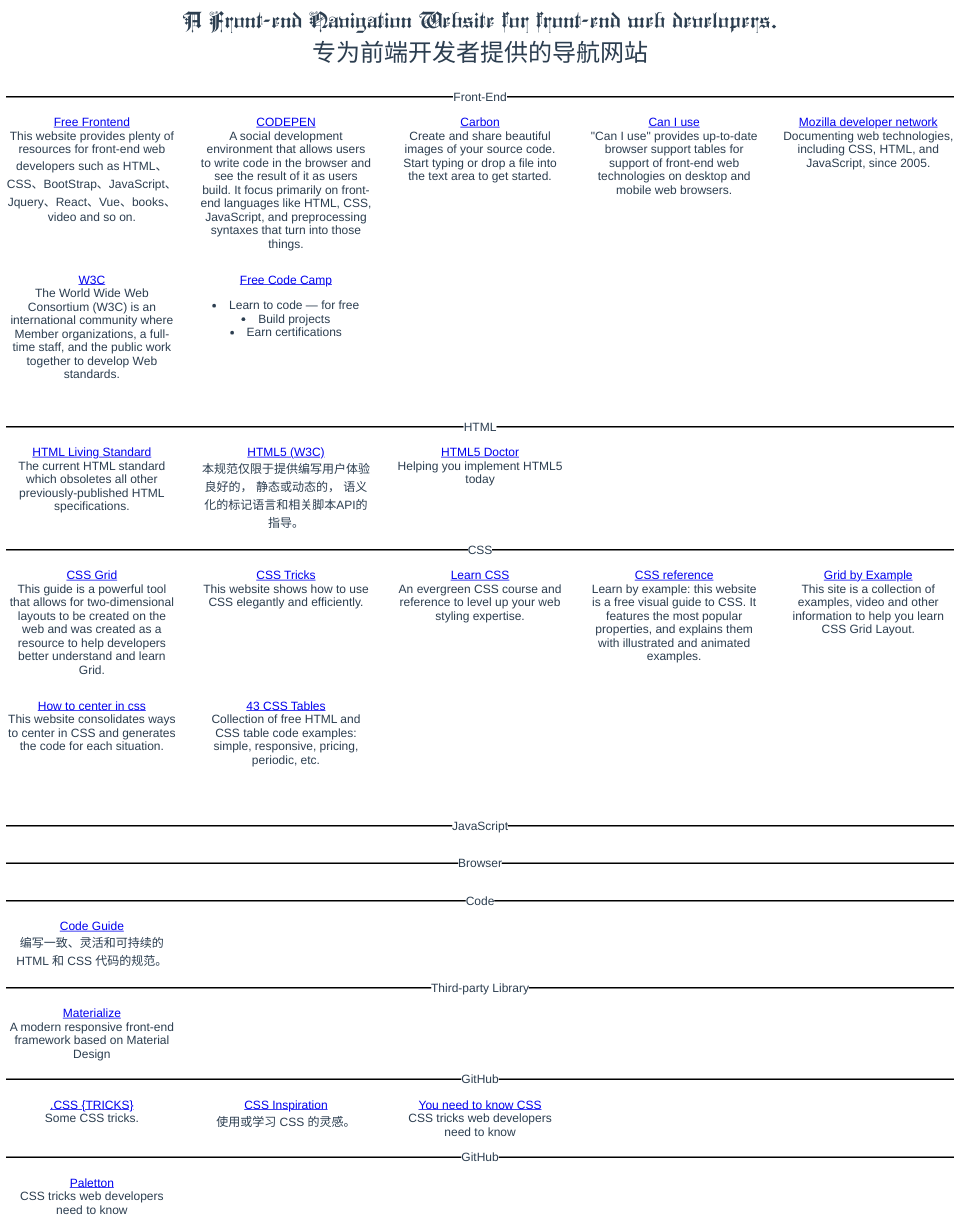
Repository: 321paranoiawhy/fenav.io
Page: /
The author's editor kept a copy of each file at every save. The page is drawn from the files as they stood at one save, then again after the next save.
The browser window is 1280 px wide. The pictures show the whole page, at 75% of full size.
The project was rebuilt for these pictures with package versions that can differ from the ones it lists, and the page was loaded fresh each time. Also part of the build but not shown: vue.config.js.

Above is the page before, as saved 2022-04-06 01:40:08.

### src/views/HomeView.vue
<template>
    <div class="englishTitle">
        A Front-end Navigation Website for front-end web developers.
    </div>
    <div class="chineseTitle">专为前端开发者提供的导航网站</div>
    <!-- Front-End -->
    <p class="divider">Front-End</p>
    <div id="frontend" class="main">
        <div class="card">
            <a class="url" href="https://freefrontend.com/">Free Frontend</a>
            <div class="description">
                This website provides plenty of resources for front-end web
                developers such as
                HTML、CSS、BootStrap、JavaScript、Jquery、React、Vue、books、video
                and so on.
            </div>
        </div>
        <div class="card">
            <a class="url" href="https://codepen.io/trending">CODEPEN</a>
            <div class="description">
                A social development environment that allows users to write code
                in the browser and see the result of it as users build. It focus
                primarily on front-end languages like HTML, CSS, JavaScript, and
                preprocessing syntaxes that turn into those things.
            </div>
        </div>
        <div class="card">
            <a class="url" href="https://carbon.now.sh/">Carbon</a>
            <div class="description">
                Create and share beautiful images of your source code. Start
                typing or drop a file into the text area to get started.
            </div>
        </div>
        <div class="card">
            <a class="url" href="https://caniuse.com/">Can I use</a>
            <div class="description">
                "Can I use" provides up-to-date browser support tables for
                support of front-end web technologies on desktop and mobile web
                browsers.
            </div>
        </div>
        <div class="card">
            <a class="url" href="https://developer.mozilla.org/zh-CN/">Mozilla developer network</a>
            <div class="description">
                Documenting web technologies, including CSS, HTML, and JavaScript, since 2005.
            </div>
        </div>
        <div class="card">
            <a class="url" href="https://www.w3.org/">W3C</a>
            <div class="description">
                The World Wide Web Consortium (W3C) is an international community where Member organizations, a full-time staff, and the public work together to develop Web standards.
            </div>
        </div>
        <div class="card">
            <a class="url" href="https://www.freecodecamp.org/"
                >Free Code Camp</a
            >
            <div class="description">
                <ul>
                    <li>Learn to code — for free</li>
                    <li>Build projects</li>
                    <li>Earn certifications</li>
                </ul>
            </div>
        </div>
    </div>
    <!-- HTML -->
    <p class="divider">HTML</p>
    <div id="HTML" class="main">
        <div class="card">
            <a class="url" href="https://html.spec.whatwg.org/"
                >HTML Living Standard</a
            >
            <div class="description">
                The current HTML standard which obsoletes all other
                previously-published HTML specifications.
            </div>
        </div>
        <div class="card">
            <a class="url" href="https://www.w3.org/html/ig/zh/wiki/HTML5"
                >HTML5 (W3C)</a
            >
            <div class="description">
                本规范仅限于提供编写用户体验良好的， 静态或动态的，
                语义化的标记语言和相关脚本API的指导。
            </div>
        </div>
        <div class="card">
            <a class="url" href="http://html5doctor.com/">HTML5 Doctor</a>
            <div class="description">Helping you implement HTML5 today</div>
        </div>
    </div>
    <!-- CSS -->
    <p class="divider">CSS</p>
    <div id="CSS" class="main">
        <div id="grid" class="card">
            <a class="url" href="https://learncssgrid.com/">CSS Grid</a>
            <div class="description">
                This guide is a powerful tool that allows for two-dimensional
                layouts to be created on the web and was created as a resource
                to help developers better understand and learn Grid.
            </div>
        </div>
        <div id="tricks" class="card">
            <a class="url" href="https://css-tricks.com/">CSS Tricks</a>
            <div class="description">
                This website shows how to use CSS elegantly and efficiently.
            </div>
        </div>
        <div id="learn" class="card">
            <a class="url" href="https://web.dev/learn/css/">Learn CSS</a>
            <div class="description">
                An evergreen CSS course and reference to level up your web
                styling expertise.
            </div>
        </div>
        <div id="reference" class="card">
            <a class="url" href="https://cssreference.io/">CSS reference</a>
            <div class="description">
                Learn by example: this website is a free visual guide to CSS. It
                features the most popular properties, and explains them with
                illustrated and animated examples.
            </div>
        </div>
        <div id="grid" class="card">
            <a class="url" href="https://gridbyexample.com/">Grid by Example</a>
            <div class="description">
                This site is a collection of examples, video and other
                information to help you learn CSS Grid Layout.
            </div>
        </div>
        <div id="center in css" class="card">
            <a class="url" href="http://howtocenterincss.com/"
                >How to center in css</a
            >
            <div class="description">
                This website consolidates ways to center in CSS and generates
                the code for each situation.
            </div>
        </div>
        <div id="table" class="card">
            <a
                class="url"
                href="https://freefrontend.com/css-tables/#pricing-tables"
                >43 CSS Tables</a
            >
            <div class="description">
                Collection of free HTML and CSS table code examples: simple,
                responsive, pricing, periodic, etc.
            </div>
        </div>
    </div>
    <!-- JavaScript -->
    <p class="divider">JavaScript</p>
    <div id="JavaScript" class="main"></div>
    <!-- Browser -->
    <p class="divider">Browser</p>
    <div id="Browser" class="main"></div>
    <!-- Code -->
    <p class="divider">Code</p>
    <div id="Code" class="main">
        <div class="card">
            <a class="url" href="https://codeguide.bootcss.com/">Code Guide</a>
            <div class="description">
                编写一致、灵活和可持续的 HTML 和 CSS 代码的规范。
            </div>
        </div>
    </div>
    <!-- Third-party Library -->
    <p class="divider">Third-party Library</p>
    <div id="Code" class="main">
        <div id="tricks" class="card">
            <a class="url" href="https://materializecss.com/">Materialize</a>
            <div class="description">
                A modern responsive front-end framework based on Material Design
            </div>
        </div>
    </div>
    <!-- GitHub -->
    <p class="divider">GitHub</p>
    <div id="GitHub" class="main">
        <div id="tricks" class="card">
            <a class="url" href="https://github.com/QiShaoXuan/css_tricks"
                >.CSS {TRICKS}</a
            >
            <div class="description">Some CSS tricks.</div>
        </div>
        <div id="Inspiration" class="card">
            <a class="url" href="https://github.com/chokcoco/CSS-Inspiration"
                >CSS Inspiration</a
            >
            <div class="description">使用或学习 CSS 的灵感。</div>
        </div>
        <div id="" class="card">
            <a
                class="url"
                href="https://github.com/l-hammer/You-need-to-know-css"
                >You need to know CSS</a
            >
            <div class="description">
                CSS tricks web developers need to know
            </div>
        </div>
    </div>
    <!-- Color -->
    <p class="divider">GitHub</p>
    <div id="Code" class="main">
        <div id="" class="card">
            <a
                class="url"
                href="https://paletton.com/#uid=1000u0kllllaFw0g0qFqFg0w0aF"
                >Paletton</a
            >
            <div class="description">
                CSS tricks web developers need to know
            </div>
        </div>
    </div>
</template>

<script>
// @ is an alias to /src
export default {
    name: "Home",
    components: {},
};
</script>

<style scoped lang="scss">
@font-face {
    font-family: KingsCross;
    src: url(/public/fonts/KingsCross.ttf);
}
@font-face {
    font-family: NotoSansSC-Regular;
    src: url(/public/fonts/NotoSansSC-Regular.otf);
}
.englishTitle {
    font-family: KingsCross;
    font-size: 32px;
}
.chineseTitle {
    font-family: NotoSanSC-Regular;
    font-size: 32px;
    margin-bottom: 30px;
}
.main {
    display: grid;
    grid-template-columns: repeat(5, 1fr);
    grid-auto-rows: 1fr;
    grid-gap: 30px;
}
// 水平分割线 中间带文字
p {
    display: flex;
}
p:before,
p:after {
    content: "";
    flex: 1 1 0;
    border-bottom: 2px solid #000;
    margin: auto;
}
// ul
ul {
  padding: 0;
}
ul li {
  list-style-position: inside;
  text-align: center;
}
</style>

Loaded but not shown: public/index.html (common file); src/main.js (common file); src/App.vue (common file); src/router/index.js (common file); src/store/index.js (common file)

After the next save:
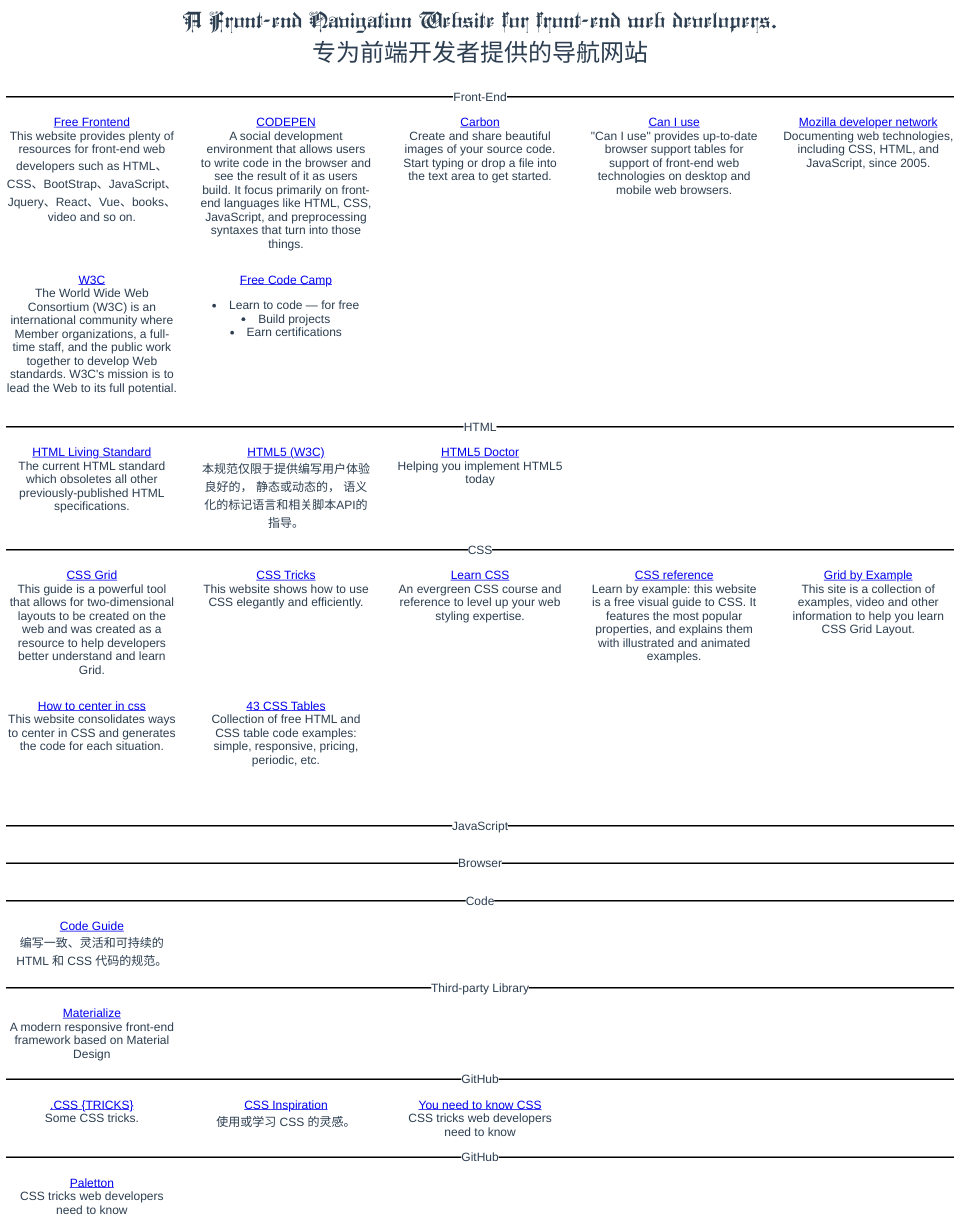
Saved 8 s later.
--- a/src/views/HomeView.vue
+++ b/src/views/HomeView.vue
@@ -48,7 +48,7 @@
         <div class="card">
             <a class="url" href="https://www.w3.org/">W3C</a>
             <div class="description">
-                The World Wide Web Consortium (W3C) is an international community where Member organizations, a full-time staff, and the public work together to develop Web standards.
+                The World Wide Web Consortium (W3C) is an international community where Member organizations, a full-time staff, and the public work together to develop Web standards. W3C's mission is to lead the Web to its full potential.
             </div>
         </div>
         <div class="card">
